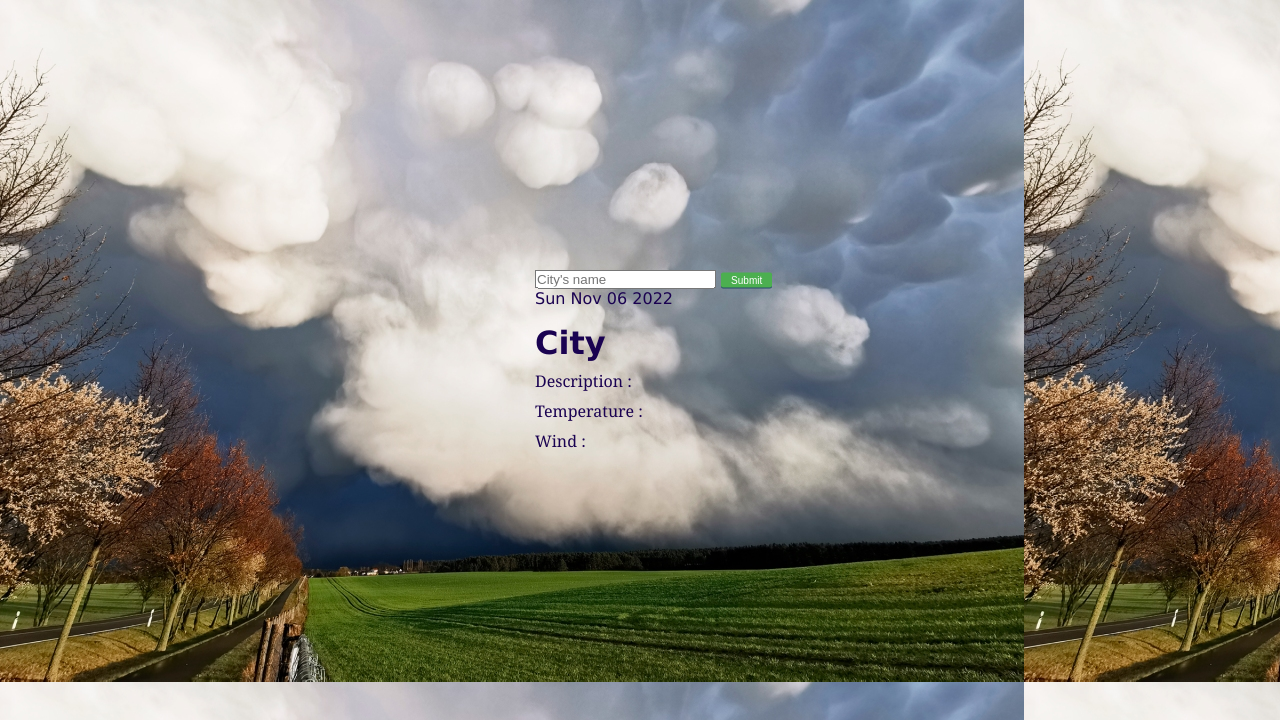
Repository: heartbreathing/searchWeather
Page: index.html
An editor plug-in stored every save of this project. The page is shown before and after the next save, followed by the edit.
The browser window is 1280 px wide. The pictures show the whole page.

Above is the page before, as saved 2022-11-06 23:04:40.

After the next save:
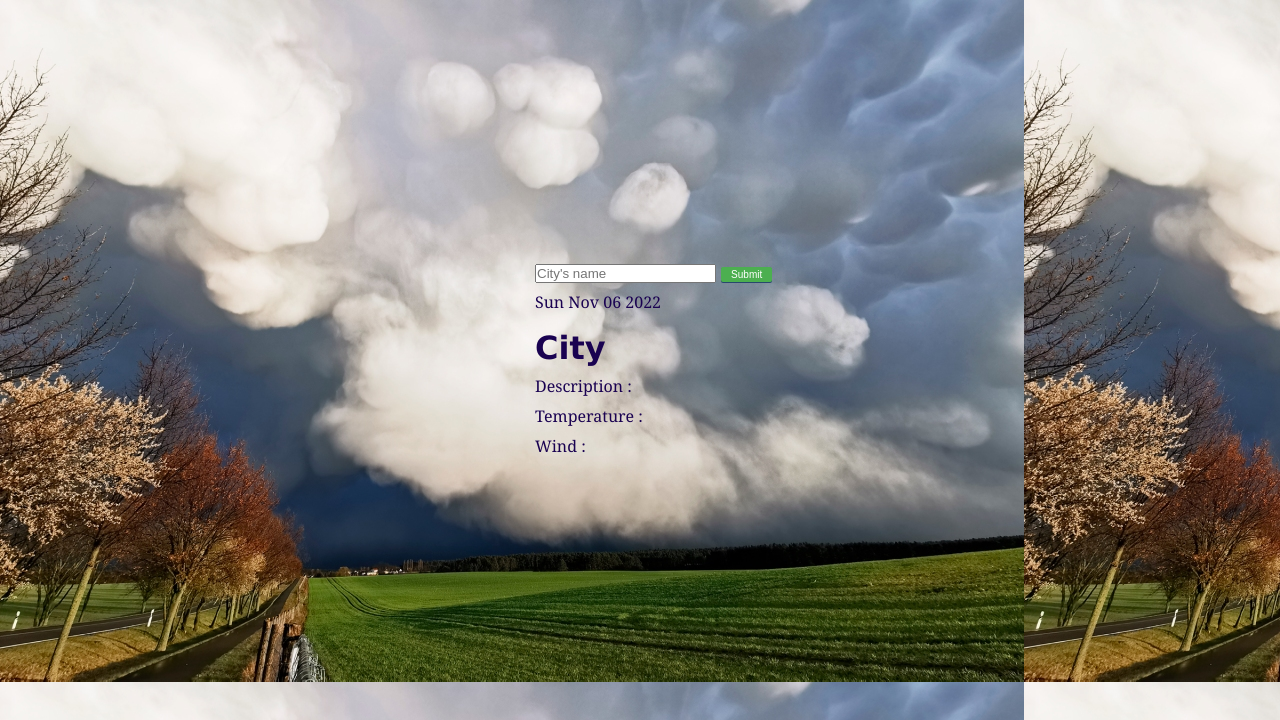
Saved 32 s later.
--- a/index.html
+++ b/index.html
@@ -14,7 +14,7 @@
         <input type="text" name="name" placeholder="City's name" />
         <button type="submit" class="btn">Submit</button>
       </form>
-      <div class="time"></div>
+      <div class="time content_line"></div>
       <h1><span class="name" >City</span></h1>
       <p class="content_line">Description :<span class="description"></span></p>
       <p class="content_line">
